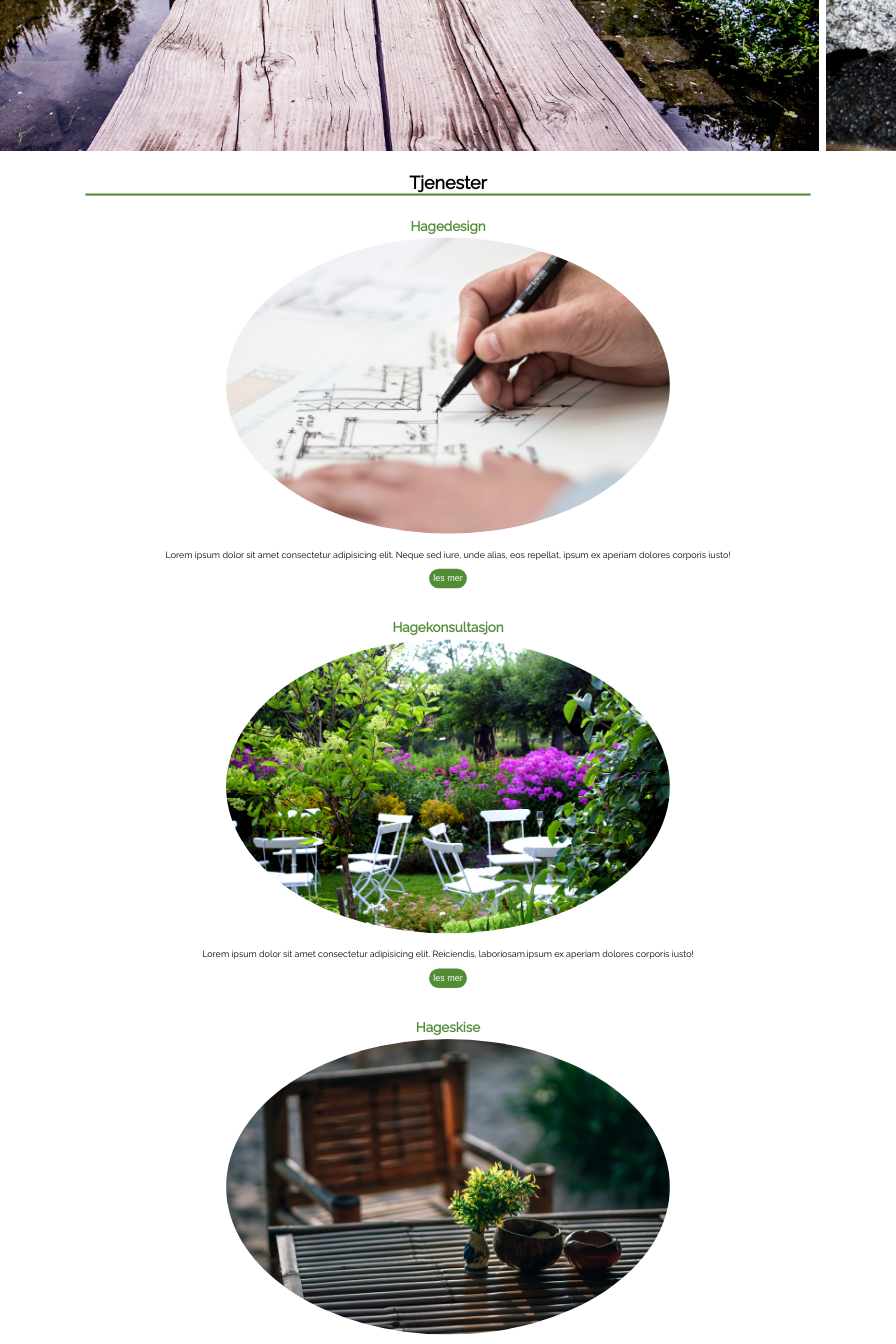
Repository: marinazzz/garden-design-website
Page: index.html
The author's editor kept a copy of each file at every save. The page is drawn from the files as they stood at one save, then again after the next save.
The browser window is 1280 px wide. The pictures show the part of the page from y = 769 to 2689 px (the page is 2889 px tall before and 3679 px after), at 70% of full size.

Above is the page before, as saved 2020-03-31 12:26:47.

After the next save:
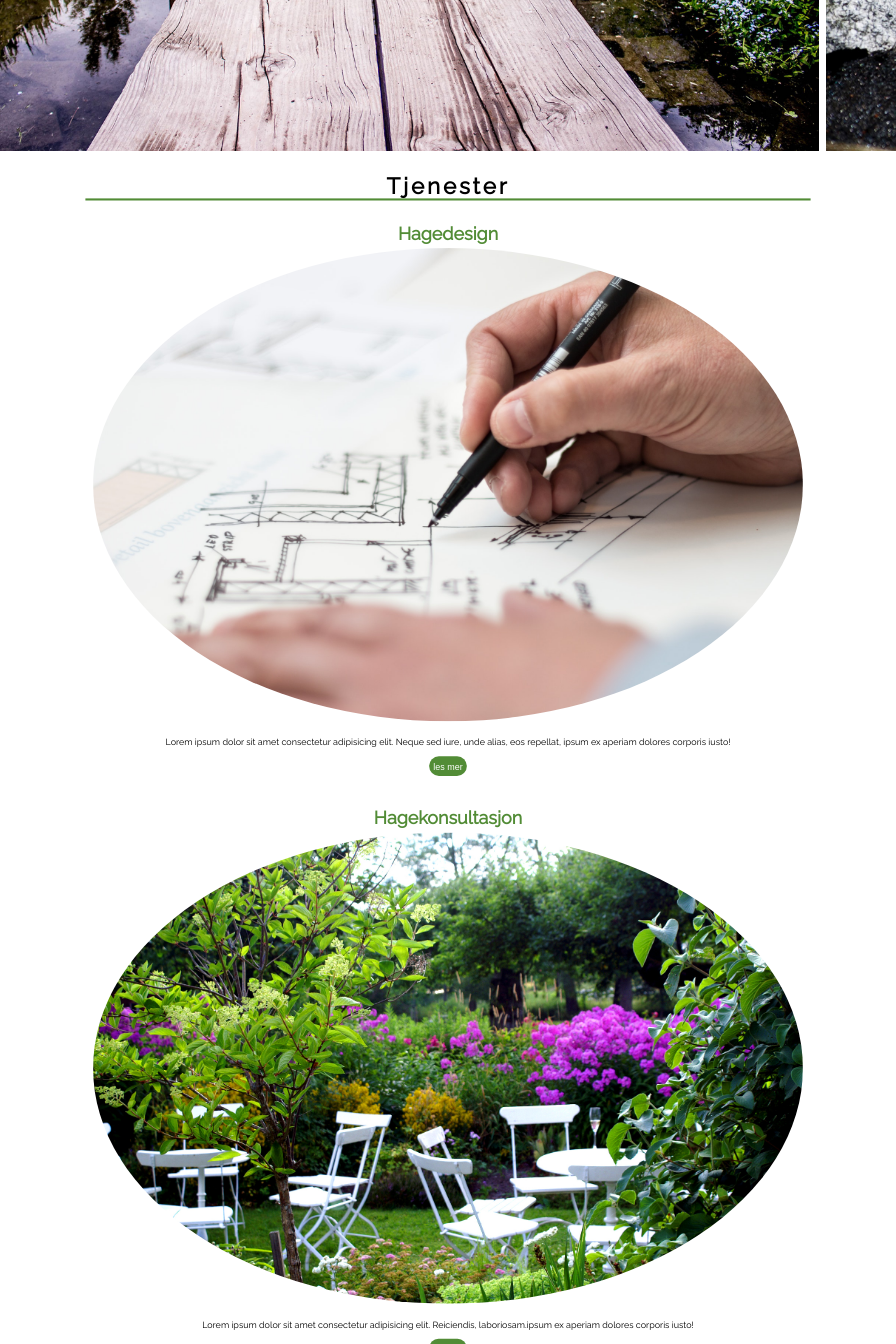
Saved 13 min 12 s later.
--- a/CSS/style.css
+++ b/CSS/style.css
@@ -246,9 +246,10 @@ body {
 }
 
 .services-title, .gallery-title, .about-title {
-  font-size: 2rem;
+  font-size: 2.5rem;
   margin: 0 9rem;
   padding-top: 1.6rem;
+  letter-spacing: 0.32rem;
   border-bottom: var(--section-border-color) solid 0.25rem;
 }
 
@@ -264,12 +265,13 @@ body {
 
 .services-item-title {
   margin: 0.5rem 0 0.5rem 0;
+  font-size: 2rem;
 }
 
 .services-photo {
   overflow: hidden;
   border-radius: 50%;
-  width: 50%;
+  width: 80%;
 }
 
 .services-item-title {
